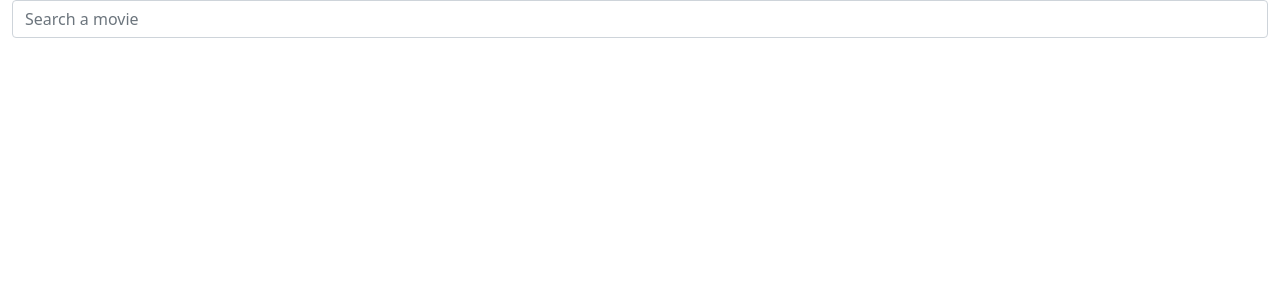
Repository: anirudhbichal/OMDBList
Page: /
These files come from the project's save history. The page is drawn as it stood at one moment and after the next save; the edit follows.
The browser window is 1280 px wide. The pictures show the whole page.
The project was rebuilt for these pictures with package versions that can differ from the ones it lists, and the page was loaded fresh each time. Also part of the build but not shown: src/App.css.

Above is the page before, as saved 2022-01-16 21:59:03.

### src/App.js
import { useEffect, useState } from 'react';
import './App.css';
import 'bootstrap/dist/css/bootstrap.min.css';
import { Container } from 'react-bootstrap';
import Search from './components/Search';
import MovieList from './components/MovieList';

function App() {
  const [searchvalue, setsearchvalue] = useState('');
  const [movies, setMovies] = useState([]);

  function getFullMovieDetails (id) {
    return fetch(`http://www.omdbapi.com/?i=${id}&apikey=6c3a2d45`);
  }

  async function fetchSearchData (val) {
    let results = await fetch(`http://www.omdbapi.com/?s=${val}&apiKey=6c3a2d45`);
    results = await results.json();
    console.log(results);
    results && results.Search && Promise.all(results.Search.map((r) => getFullMovieDetails(r.imdbID)))
      .then(async(res)=> Promise.all(res.map(async(data) => await data.json())))
      .then(data => setMovies(data));
  };

  useEffect(() => {
    if(searchvalue !== '') {
      fetchSearchData(searchvalue);
    }
  }, [searchvalue]);

  return (
    <Container fluid>
      <Search searchvalue={setsearchvalue} />
      {movies.length > 0 ? <p>No Data Available</p> : <MovieList movieData={movies}/> }
    </Container>
  );
}

export default App;

### src/components/Search.js
import React from 'react'
import { Col, Form } from 'react-bootstrap'

const Search = (props) => {

    const getSearchValue = (event) => {
        if(event.target.value && event.target.value.length > 3) {
            props.searchvalue(event.target.value);
        }
    }

    return (
        <Col>
            <Form.Control placeholder="Search a movie" onChange={getSearchValue}/>
        </Col>
    )
}

export default Search

### src/components/MovieList.js
import React from 'react'

const MovieList = (props) => {
    return (
        <div>

        </div>
    )
}

export default MovieList

Loaded but not shown: public/index.html (common file); src/index.js (common file); src/index.css (common file); src/reportWebVitals.js (common file)

After the next save:
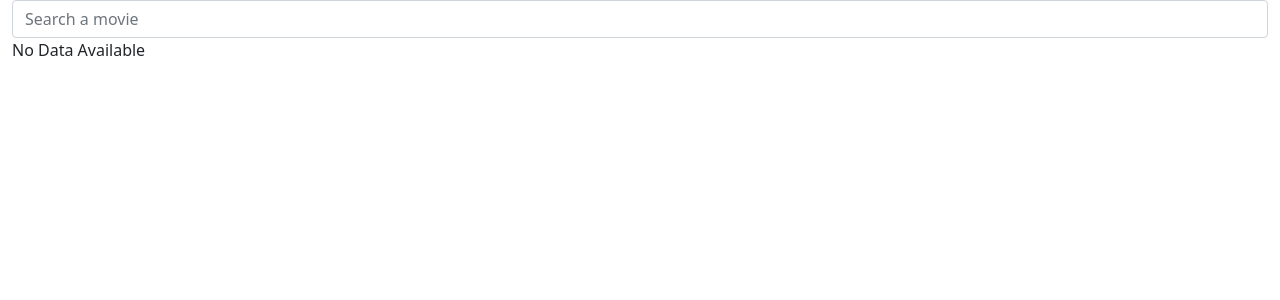
Saved 29 s later.
--- a/src/App.js
+++ b/src/App.js
@@ -31,7 +31,7 @@
   return (
     <Container fluid>
       <Search searchvalue={setsearchvalue} />
-      {movies.length > 0 ? <p>No Data Available</p> : <MovieList movieData={movies}/> }
+      {movies.length > 0 ? <MovieList movieData={movies}/> : <p>No Data Available</p> }
     </Container>
   );
 }
